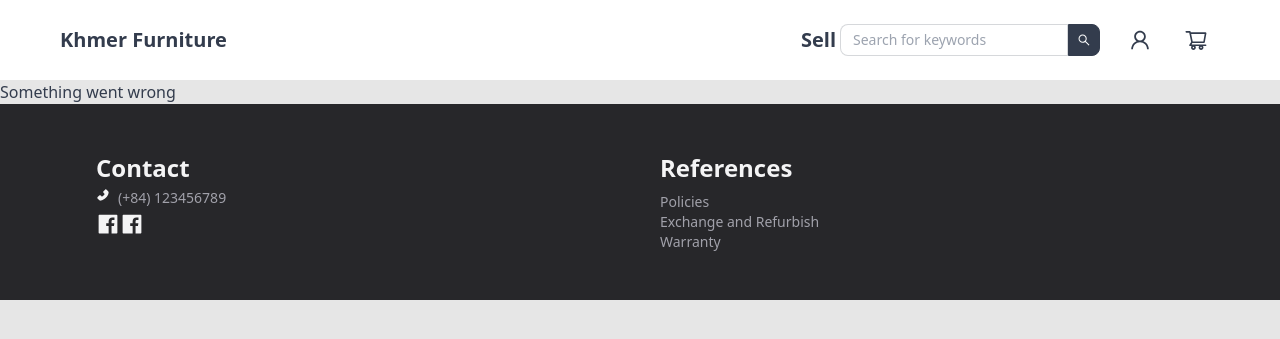
Repository: PlayerNguyen/dotot-shop
Page: /sell (app in client/)
The author's editor kept a copy of each file at every save. The page is drawn from the files as they stood at one save, then again after the next save.
The browser window is 1280 px wide. The pictures show the whole page.
The project was rebuilt for these pictures with package versions that can differ from the ones it lists, and the page was loaded fresh each time.

Above is the page before, as saved 2022-12-05 02:22:11.

After the next save:
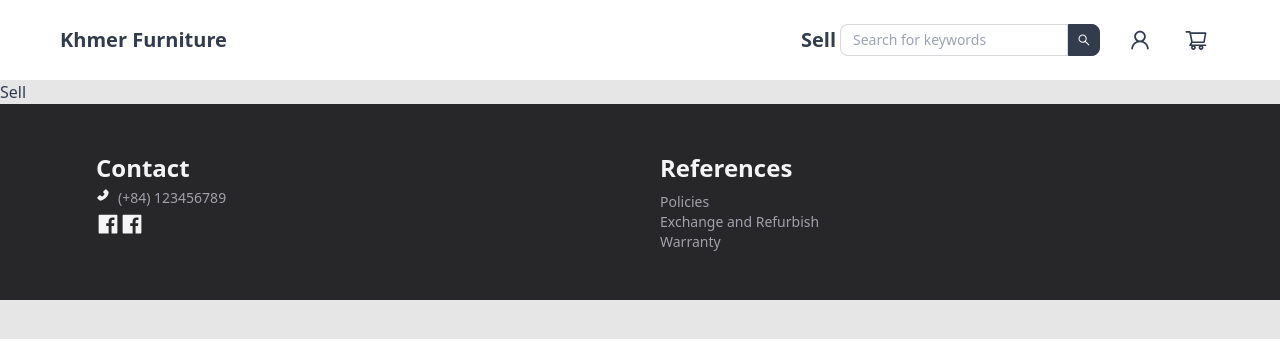
Saved 14 s later.
--- a/client/src/App.jsx
+++ b/client/src/App.jsx
@@ -141,7 +141,7 @@ export default function App() {
                 </Suspense>
               }
             ></Route>
-            <Route path="*" element={<NoMatch />} />
+            <Route path="/sell" element={<Sell />} />
             <Route path="*" element={<NoMatch />} />
           </Route>
         </Routes>
